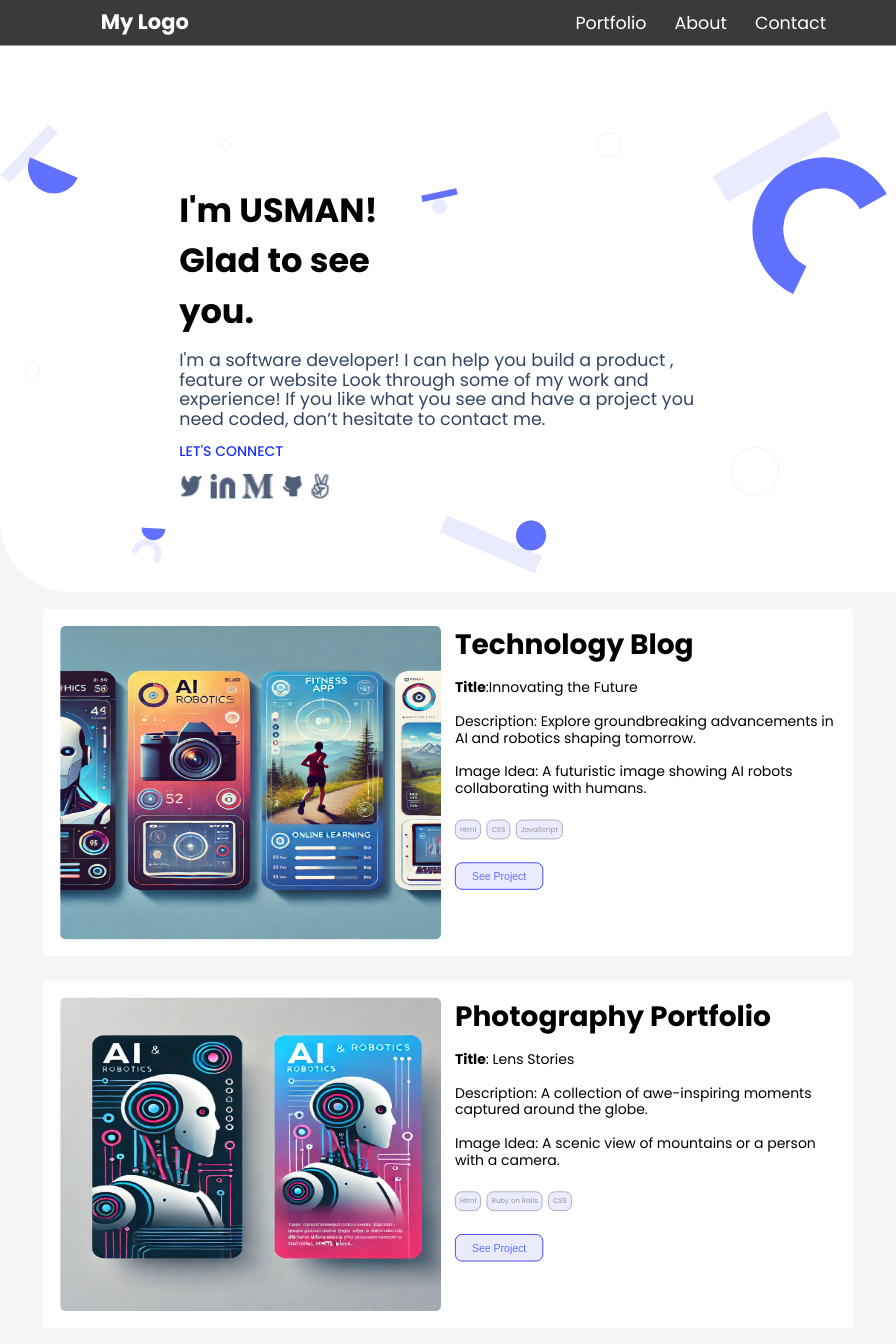
Repository: usman3123/portfolio-template-3
Page: index.html
These files come from the project's save history. The page is drawn as it stood at one moment and after the next save; the edit follows.
The browser window is 1280 px wide. The pictures show the part of the page from y = 0 to 1920 px (the page is 4283 px tall), at 70% of full size.
Some web libraries are served in a nearby version.

Above is the page before, as saved 2025-03-13 10:03:19.

After the next save:
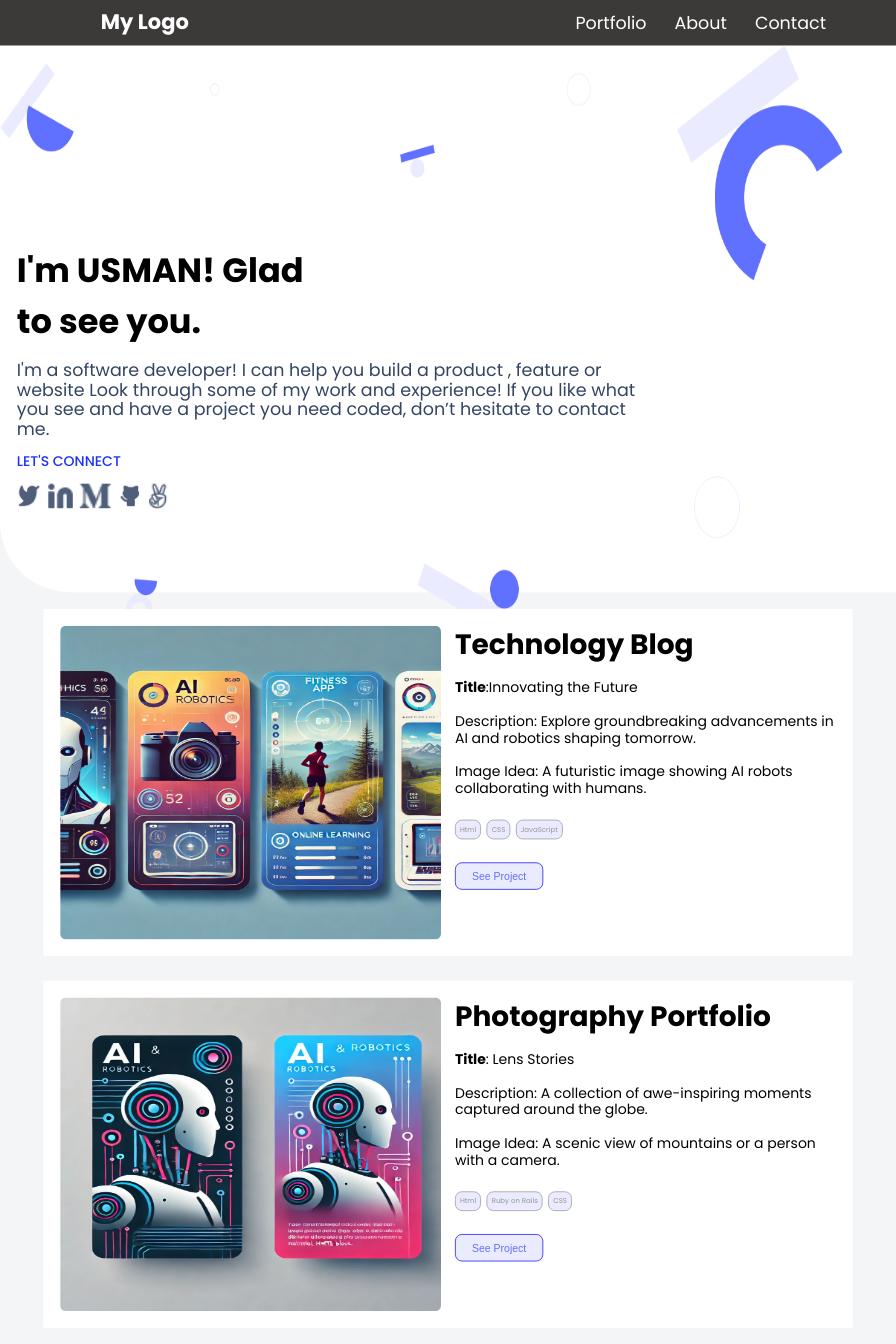
Saved 106 s later.
--- a/style.css
+++ b/style.css
@@ -116,9 +116,11 @@ bottom: 2500px;
     justify-content: center;
     padding-left: 20%;
     background-image: url(/assets/Header\ bg@2x.png);
-    background-size: contain;
-    background-position: center;
     background-repeat: no-repeat;
+    background-size: 95% 100%;
+    padding: 6.25em 1.5em 0 1.5em;
+    border-bottom-left-radius: 5em;
+    transition: 0.3s ease-in-out all;
 }
 .hero-content {
     flex-direction: column;
